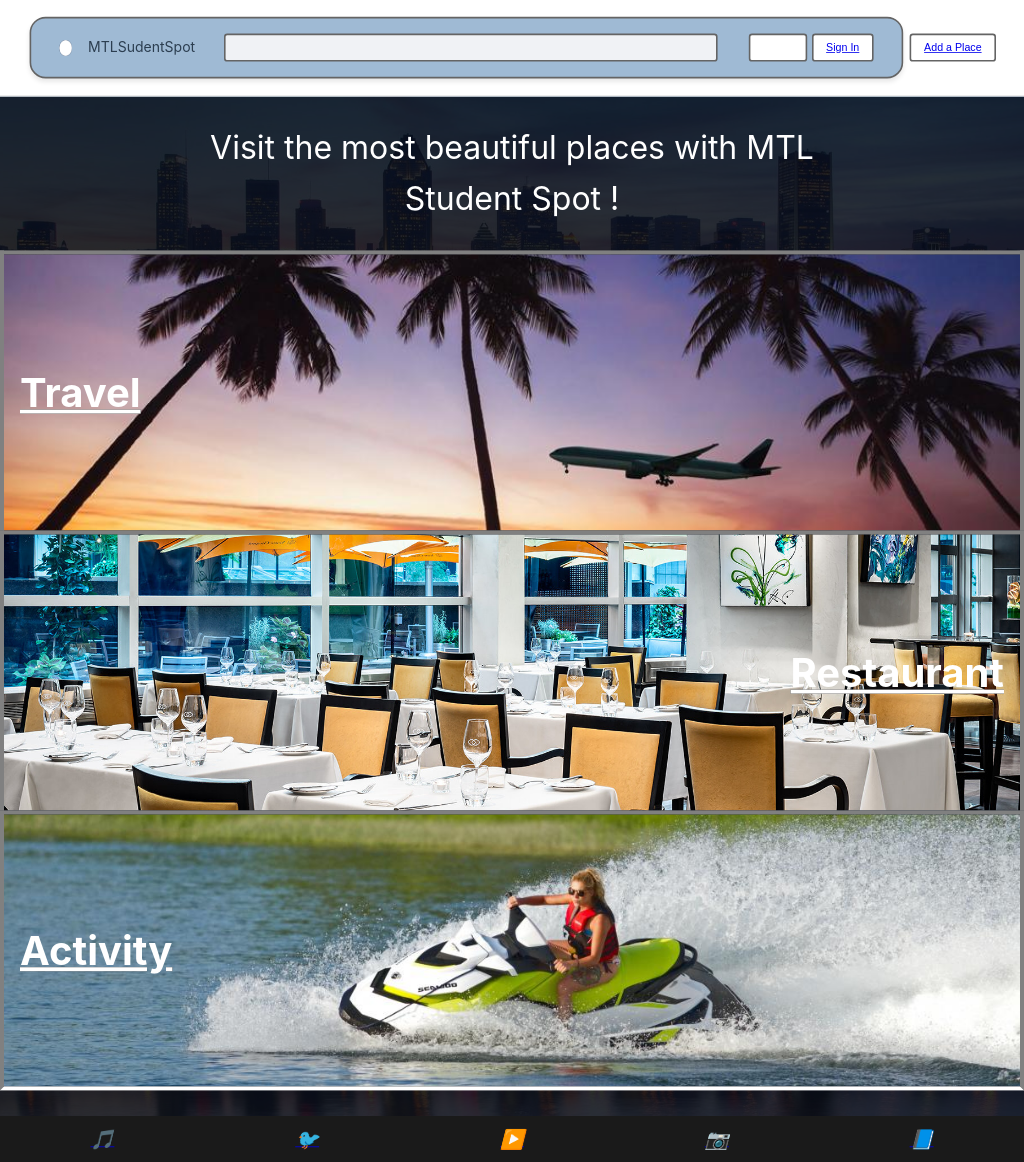
Repository: KevMn6ix/MOD8-2232-GRA-Damois-Leroi--Morant-Munto
Page: / (app in client/)
An editor plug-in stored every save of this project. The page is shown before and after the next save, followed by the edit.
The browser window is 1280 px wide. The pictures show the whole page, at 80% of full size.
The project was rebuilt for these pictures with package versions that can differ from the ones it lists, and the page was loaded fresh each time. Also part of the build but not shown: client/vite.config.js, client/src/components/HelloWorld.vue, client/src/services/Api.js, client/src/services/AuthentificationService.js, client/src/components/Login.vue, client/src/views/LoginPage.vue, client/src/components/PlaceItem.vue, client/src/components/PlaceList.vue.

Above is the page before, as saved 2023-10-18 14:28:18.

### client/index.html
<!DOCTYPE html>
<html lang="en">
  <head>
    <meta charset="UTF-8">
    <link rel="icon" href="/favicon.ico">
    <link href="https://cdnjs.cloudflare.com/ajax/libs/font-awesome/5.15.3/css/all.min.css" rel="stylesheet">

    <meta name="viewport" content="width=device-width, initial-scale=1.0">
    <title>Vite App</title>
  </head>
  <body>
    <div id="app"></div>
    <script type="module" src="/src/main.js"></script>
  </body>
</html>

### client/src/assets/main.css
@import './base.css';
/*
#app {
  max-width: 1280px;
  margin: 0 auto;
  padding: 2rem;

  font-weight: normal;
}

a,
.green {
  text-decoration: none;
  color: hsla(160, 100%, 37%, 1);
  transition: 0.4s;
}

@media (hover: hover) {
  a:hover {
    background-color: hsla(160, 100%, 37%, 0.2);
  }
}

@media (min-width: 1024px) {
  body {
    display: flex;
    place-items: center;
  }

  #app {
    display: grid;
    grid-template-columns: 1fr 1fr;
    padding: 0 2rem;
  }
}
*/
@media (prefers-color-scheme: dark) {
  button {
    color:black;
  }
  input {
    color: white;
    background-color: black;
  }
}

### client/src/App.vue
<script setup>
import { RouterLink, RouterView } from 'vue-router'
import HelloWorld from './components/HelloWorld.vue'
</script>

<template >
  <RouterView />

</template>

<style scoped>
template {
  display: flex;
  flex-direction: column;
}

header {
  line-height: 1.5;
  max-height: 100vh;
}

.logo {
  display: block;
  margin: 0 auto 2rem;
}

nav {
  width: 100%;
  font-size: 12px;
  text-align: center;
  margin-top: 2rem;
}

nav a.router-link-exact-active {
  color: var(--color-text);
}

nav a.router-link-exact-active:hover {
  background-color: transparent;
}

nav a {
  display: inline-block;
  padding: 0 1rem;
  border-left: 1px solid var(--color-border);
}

nav a:first-of-type {
  border: 0;
}

@media (min-width: 1024px) {
  header {
    display: flex;
    place-items: center;
    padding-right: calc(var(--section-gap) / 2);
  }

  .logo {
    margin: 0 2rem 0 0;
  }

  header .wrapper {
    display: flex;
    place-items: flex-start;
    flex-wrap: wrap;
  }

  nav {
    text-align: left;
    margin-left: -1rem;
    font-size: 1rem;

    padding: 1rem 0;
    margin-top: 1rem;
  }
}
</style>

### client/src/router/index.js
import { createRouter, createWebHistory } from 'vue-router'
import HomeView from '../views/HomeView.vue'

const router = createRouter({
  history: createWebHistory(import.meta.env.BASE_URL),
  routes: [
    {
      path: '/',
      name: 'home',
      component: HomeView
    },
    {
      path: '/about',
      name: 'about',
      // route level code-splitting
      // this generates a separate chunk (About.[hash].js) for this route
      // which is lazy-loaded when the route is visited.
      component: () => import('../views/AboutView.vue')
    },
    {
      path: '/login',
      name: 'login',

      component: () => import('../views/LoginPage.vue')
    },
    {
      path: '/register',
      name:'register',

      component: () => import('../views/RegisterPage.vue')
    },
    {
      path: '/places/:types',
      name: 'PlacesList',

      component: () => import('../views/PlaceListView.vue')
    },
    {
      path: '/places/review/:id',
      name : 'review',

      component: () => import('../views/PlaceReview.vue')
    },
    {

      path: '/places/:types/:id',
      name: 'PlacePage',

      component: () => import('../views/PlacesPage.vue')

    },
    {
      path: '/places/add',
      name: 'AddPlace',

      component: () => import('../views/AddPageView.vue')
    }
  ]
})

export default router

### client/src/views/HomeView.vue
<script setup>
import { ref } from 'vue'
import NavBar from '../components/NavBar.vue';
import RowLandingPage from '../components/RowLandingPage.vue';
import PlaceList from '../components/PlaceList.vue';
import { RouterLink} from 'vue-router'
import UsePlaceService from '../../server/services/places-service.js';
const userInput = ref('');
const placeService = UsePlaceService();
console.log(placeService.findPlaces())
const tempListPlace = placeService.findPlace()
console.log(tempListPlace)
</script>

<template>
  <header>
    <NavBar @user-input="(termInputed) => {userInput = termInputed;}"/>
  </header>

  <main id="home-body">
    <div v-if="userInput === ''">
    <h1>
      Visit the most beautiful places with MTL<br>Student Spot !
    </h1>
    <ul id="browse">
      <li id="travel"><RouterLink :to="{name : 'PlacesList', params : {types: 'travel'}}"><RowLandingPage textId="travel" textTitle="Travel"/></RouterLink></li>
      <li id="restaurant"><RouterLink :to="{name : 'PlacesList', params : {types: 'restaurants'}}"><RowLandingPage textId="restaurant" textTitle="Restaurant"/></RouterLink></li>
      <li id="activity"><RouterLink :to="{name : 'PlacesList', params : {types: 'activities'}}"><RowLandingPage textId="activity" textTitle="Activity"/></RouterLink></li>
  </ul>
  </div>
  <div v-else id="research">
    <PlaceList :searchTerms="userInput" :placeArray="placeService.findPlaces()"/>
  </div>
  </main>
  <footer>
    <a href="#" aria-label="SoundCloud">
        <i class="footer-icon">🎵</i>  <!-- Emoji used as placeholder for your icons -->
    </a>
    <a href="#" aria-label="Twitter">
        <i class="footer-icon">🐦</i>  <!-- Emoji used as placeholder for your icons -->
    </a>
    <a href="#" aria-label="YouTube">
        <i class="footer-icon">▶️</i>  <!-- Emoji used as placeholder for your icons -->
    </a>
    <a href="#" aria-label="Instagram">
        <i class="footer-icon">📷</i>  <!-- Emoji used as placeholder for your icons -->
    </a>
    <a href="#" aria-label="Facebook">
        <i class="footer-icon">📘</i>  <!-- Emoji used as placeholder for your icons -->
    </a>
  </footer>

</template>
<style scoped>
body, html {
    font-family: Arial, sans-serif;
    margin: 0;
    padding: 0;
}

:root {
    --color-background-header: #A5BDD9;
    --color-background-default: #A5BDD9;
    --color-background-travel: #a2c4ec;
    --color-background-activity: #9EB3CB;
    --text-color-default: #FFF;
    --border-color-place: #fff;

}

/* Dark Mode Variables */
@media (prefers-color-scheme: dark) {
    :root {
        --color-background-header: #A5BDD9;  /* Adjusted for contrast in dark mode */
        --text-color-default: #FFF;
        --border-color-place: #fff;
        /* The blue shades remain the same as you wanted */
    }
}

/* Header styles */
header {
    display: flex;
    justify-content: space-between;
    align-items: center;
    padding: 1rem 2rem;
    background-color: var(--color-background-header);
    color: var(--text-color-default);
    box-shadow: 0 4px 6px rgba(0, 0, 0, 0.1);
    border-bottom: 2px solid rgba(0, 0, 0, 0.1);
}

header > div:last-child {
    display: flex;
    gap: 1rem;

    a, button {
        padding: 0.5rem 1rem;
        border-radius: 0.25rem;
        transition: background-color 0.3s ease;
        text-decoration: none;
    }

    button {
        background-color: var(--color-background-travel);
        color: #FFF;
        border: none;
        cursor: pointer;
    }

    a {
        color: var(--text-color-default);
    }

    button:hover, a:hover {
        background-color: #7faedc;
    }
}

/* Main content styles */
main {
    background-color: var(--color-background-default);
    text-align: center;
    padding: 2rem 0;
    color: var(--text-color-default);
}

#home-body {

    background-image: url('../assets/montrealbynight.jpg');
    background-size: 1520px;
    background-repeat: repeat;
    background-position: 30%;
    position: relative;
    z-index: 1;
}

#home-body::before {
    content: '';
    display: block;
    position: absolute;
    top: 0;
    right: 0;
    bottom: 0;
    left: 0;
    background-color: rgba(2, 7, 16, 0.84);
    z-index: -1;
}

h1 {
    font-size: 2.5rem;
    margin-bottom: 2rem;
    color: white;
}

ul#browse {
    list-style: none;
    padding: 0;
    display: flex;
    flex-direction: column;
    margin: 0;
}

ul#browse li {
  padding: 0;
  margin: 0px;
  border: 5px solid GREY;
  border-bottom: 0px;
  transition: background-color 0.3s ease;
  height: 350px;
  background-size: cover;
  display: flex;
  justify-content: center;
  align-items: center;
  font-weight: bold;

}

ul#browse li#activity{

    border-bottom: 5px solid white;

}

ul#browse li > * {
    color: black;
    font-weight: bold;
    width: 100%;
    text-align: center;
}

#travel > *{
    text-align: left;
}

#restaurant > *{
    text-align: right;
}


#restaurant, #travel, #activity {
    background-size: cover;
    position: relative;
}

#restaurant::before, #travel::before, #activity::before {

    content: "";
    position: absolute;
    top: 0;
    right: 0;
    bottom: 0;
    left: 0;
    background-color: inherit;
    opacity: 0.40;
    pointer-events: none;
}


#restaurant {
    background-image: url('../assets/restaurant.jpg');
    background-color: var(--color-background-default);
    background-position: center;
    justify-content: flex-end;
}

#travel {
    background-image: url('../assets/travel.jpg');
    background-color: var(--color-background-travel);
    background-position: center;
    justify-content: flex-start;
}

#activity {
    background-image: url('../assets/jetski.jpg');
    background-color: var(--color-background-activity);
    background-position: center;
    justify-content: flex-start;

}

/* Add hover effects */
ul#browse li:hover {
    background-color: rgba(0, 0, 0, 0.1);
}

/* Footer styles */
footer {
  z-index: 1000;
    display: flex;
    justify-content: space-around;
    align-items: center;
    bottom: 0;

    left: 0;
    width: 100%;
    background-color: #1a1a1a;
    padding: 10px 0;
}

.footer-icon {
    font-size: 24px;
    color: white;
    transition: 0.3s;
}

footer a:hover .footer-icon {
    color: #A5BDD9;
}

/* Media Queries for screen size */
@media screen and (max-width: 768px) {  /* For tablets */
    header {
        flex-direction: column;
    }

    ul#browse {
        gap: 0.5rem;
    }

    footer {
        flex-wrap: wrap;
    }
}

@media screen and (max-width: 480px) {  /* For mobile phones */
    header > div {
        flex-direction: column;
        gap: 0.5rem;
    }

    h1 {
        font-size: 2rem;
    }

    ul#browse li {
        padding: 0.5rem 0;
    }

    footer {
        flex-direction: column;
    }
}
</style>

### client/src/components/NavBar.vue
<script setup>
import { ref } from 'vue'
import LoginPage from '../views/LoginPage.vue'
import TheSubHeader from './TheSubHeader.vue';
const emit = defineEmits(['user-input'])
const UserInput = ref('')
function sendUserInput() {
    console.log(UserInput.value)
    emit('user-input', UserInput.value)
}
</script>
/** This component is hte bar at the top of the screen */
<template>
    <nav id="head-bar">
        <img src="../assets/logoMTL.png">
        <h3>
            MTLSudentSpot
        </h3>
        <input type="text" v-model="UserInput" @input="sendUserInput">
        <div>
        <router-link to='/login'>
        <button>
            Log In
        </button>
        </router-link>
        <button>
            <router-link to="/register">Sign In</router-link>
        </button>
    </div>
    </nav>
    <div id="sub-header">
    <TheSubHeader/></div>
</template>
<style>

:root{

    --color-navbar: #9fbad4;
    --text-navbar-color-default: #000;
    --color-input: #f0f2f5;
    --button-border: #646464;
    --color-button: #fff;
    --button-hover: #7faedc;
}

@media (prefers-color-scheme: dark){

    :root{

        --text-navbar-color-default: #FFF;
        --color-navbar: #211f1f;
        --color-input: #312e2e;
        --button-border: #646464;
        --color-button: #312e2e;
        --button-hover: #646464;

    }

}

nav {
    display: flex;
    justify-content: space-between;
    align-items: center;
    background-color: var(--color-navbar);
    padding: 1rem 2rem;
    box-shadow: 0 4px 6px rgba(0, 0, 0, 0.1);
    border-bottom: 2px solid rgba(0, 0, 0, 0.1);
    border-radius: 20px;
    border: 2px solid var(--button-border);
    margin: 5px;
}

button {
    background-color: var(--color-button);
    color: #FFF;
    border: none;
    padding: 0.5rem 1rem;
    border-radius: 0.25rem;
    cursor: pointer;
    transition: background-color 0.3s ease;
    margin: 3px;
    border: 2px solid var(--button-border);
}

button:hover {
    background-color: var(--button-hover);
}

button:visited {
    color: white; /* Set the text color to yellow when the button is active (clicked) */
}

img {
    height: 20px;
    width: 16px;
}

input {
    flex-grow: 3;
    padding: 0.5rem;
    border: none;
    border-radius: 0.25rem;
    background-color: var(--color-input);
    color: var(--text-navbar-color-default);
    border: 2px solid var(--button-border);
    margin: 0 1rem;
}

#sub-header {
    text-align: center;
}
</style>

### client/src/components/RowLandingPage.vue
<script setup>
/** this prop purpose to to display one of the solid color row on the landing page*/
import { RouterLink } from 'vue-router';

const rowProps = defineProps({
    textId: String,
    textTitle: String
})
</script>
<template>
    <RouterLink :to="/places/ + rowProps.textId">
    <h2 :id="'sub-' + rowProps.textId">

        {{ rowProps.textTitle }}
    </h2>
    </RouterLink>
</template>
<style scoped>
* {
    color: white;
    @media (prefers-color-scheme: dark) {
        color: white;

    }
}
#sub-travel {
    text-align: start;
    margin-left: 20px;
}
#sub-restaurant {
    text-align: end;
    margin-right: 20px;
}
#sub-activity {
    text-align: start;
    margin-left: 20px;
}

#sub-travel, #sub-restaurant, #sub-activity{

    color: white;
    font-weight: bold;
    font-size: 50px;

}
</style>

### client/server/services/places-service.js
let id = 0;
const placeList = [
  {Id: ++id, Type: "restaurant", Title: "Brutopia", Address: "888 rjij", Rating: 4, HygieneRating: 5, AmbianceRating: 3, PriceRating: 5, Picture: "https://css-tricks.com/wp-content/uploads/2018/10/align-items.svg"},
  {Id: ++id, Type: "activity",Title: "cheval blanc", Address: "56656 fd", Rating: 3, HygieneRating: 3, AmbianceRating: 4, PriceRating: 2},
  {Id: ++id, Type: "travel",Title: "nyx", Address: "86 sfd", Rating: 3, HygieneRating: 4, AmbianceRating: 4, PriceRating: 2},
  {Id: ++id, Type: "restaurant",Title: "bnyx", Address: "86 sfd", Rating: 3, HygieneRating: 4, AmbianceRating: 4, PriceRating: 2, Picture:"https://cdn4.buysellads.net/uu/1/134955/1685040267-designdotdev5.jpg"}
]

let idRating = 0
const PlaceRating = [
    {Id: ++idRating, IdPlace: 2, HygieneRating: 3, AmbianceRating: 4, PriceRating: 2, CommentRate:"Nice place."},
    {Id: ++idRating, IdPlace: 1, HygieneRating: 5, AmbianceRating: 3, PriceRating: 5, CommentRate:"I like to go there."},
    {Id: ++idRating, IdPlace: 4, HygieneRating: 4, AmbianceRating: 4, PriceRating: 2, CommentRate:"They cook my favorite food."},
    {Id: ++idRating, IdPlace: 3, HygieneRating: 4, AmbianceRating: 4, PriceRating: 2, CommentRate:"I went there while visiting."}
]


function findPlaces() {
    return placeList
}

function findPlace(id) {
    for (let place of placeList) {
        if (place.Id == id) {
            return place
        }

    }
    return null
}

function sumAmbiance(listOfRatings) {
    let res = 0;
    for (let rating of listOfRatings) {
        res += rating.AmbianceRating;
    }
    console.log(res)
    return res;
}

function sumHygiene(listOfRatings) {
    let res = 0;
    for (let rating of listOfRatings) {
        res += rating.HygieneRating;
    }

    return res;
}
function sumPrice(listOfRatings) {
    let res = 0;
    for (let rating of listOfRatings) {
        res += rating.PriceRating;
    }
    console.log(res)
    return res;
}

function findRatingsAbout(id) {
    /*console.log(PlaceRating)*/
    return PlaceRating.filter((rating) => {  return rating.IdPlace == id});
}

function actualiseRating(id) {
    const place = findPlace(id);
    console.log(findRatingsAbout(id))
    place.AmbianceRating = Math.round(sumAmbiance(findRatingsAbout(id))/(findRatingsAbout(id).length))
    place.PriceRating = Math.round(sumPrice(findRatingsAbout(id))/(findRatingsAbout(id).length))
    place.AmbianceRating = Math.round(sumHygiene(findRatingsAbout(id))/(findRatingsAbout(id).length))
    place.Rating = Math.round((place.AmbianceRating + place.HygieneRating + place.PriceRating)/3);
}

function addRating(idPlace, hygieneRating, ambianceRating, priceRating, commentRate) {
    /*
    console.log("^^^^^^^^^^^^^^^^^^^^^^^^")
    console.log(idPlace)
    console.log("^^^^^^^^^^^^^^^^^^^^^^^^^^^^")
    */
   const newRating = {}
   newRating["Id"] = idRating++
   newRating["IdPlace"] = placeList[idPlace - 1].Id
   newRating["HygieneRating"] = hygieneRating
   newRating["AmbianceRating"] = ambianceRating
   newRating["PriceRating"] = priceRating
   newRating["CommentRate"] = commentRate
    PlaceRating.push(newRating)
    /*
    console.log("#################")
    console.log(PlaceRating[idRating - 1].IdPlace)
    console.log("##############################")
    */
    actualiseRating(idPlace)
}


function findRatings() {
    return PlaceRating
}

function findRating(id) {
    for (let rating of PlaceRating) {
        if (rating.Id == id) {
            return rating
        }

    }
    return null
}





function addPlace(title, address, type, picture) {
    const newPlace = {}
    newPlace["Id"] =id++
    newPlace["Type"] =type
    newPlace["Title"] =title
    newPlace["Address"] =address
    newPlace["Rating"] =0
    newPlace["HygieneRating"] =0
    newPlace["AmbianceRating"] =0
    newPlace["PriceRating"] =0
    newPlace["Picture"] =picture
    placeList.push(newPlace)
}


export default function UsePlaceService () {
    return {
    findPlaces,
    findPlace,
    addPlace,
    findRatings,
    findRating,
    addRating,
    findRatingsAbout
}}

### client/src/components/BarOutsideHome.vue
<script setup>
import { ref } from 'vue'
import LoginPage from '../views/LoginPage.vue'
import { RouterLink } from 'vue-router';
import TheSubHeader from './TheSubHeader.vue';
const emit = defineEmits(['user-input'])
const UserInput = ref('')
function sendUserInput() {
    console.log(UserInput.value)
    emit('user-input', UserInput.value)
}
</script>
/** This component is the bar at the top of the screen */
<template>
    <nav id="head-bar">
        <img src="../assets/logoMTL.png">
        <h3>
            MTLSudentSpot
        </h3>
        <RouterLink to="/">
            Home
        </RouterLink>
        <div>
        <button>
            <router-link to='/login'>Log In</router-link>
        </button>
        <button>
            <router-link to="/register">Sign In</router-link>
        </button>
    </div>
</nav>
<div id="sub-header">
<TheSubHeader/></div>
</template>
<style>
nav {
    display: flex;
    flex-wrap: wrap;
    justify-content: space-around;
    align-items: center;
    padding: 0;
    margin: 0;
    align-items: center;
    flex-grow: 3;
    min-width: 178px;
    gap: 20px;
}
img {
    margin-left: 3px;
    height: 20px;
    width: 16px;
}
input {
    flex-grow: 3;
}
#sub-header {
    text-align: center;
}
</style>

### client/src/components/TheSubHeader.vue
<script setup>
import { RouterLink } from 'vue-router';
</script>
<template>
    <button>
      <RouterLink to="/places/add"> Add a Place</RouterLink>
    </button>
</template>
<style scoped>
:root {
  --light-color-background-restaurant: #A5BDD9;
    --light-color-background-travel: #a2c4ec;
    --light-color-background-activity: #9EB3CB;
    --dark-color-background-restaurant: #a2c4ec9d;
    --dark-color-background-travel: #a5bdd971;
    --dark-color-background-activity: #9eb3cb0e;
    --color-background-restaurant: var(--light-color-background-restaurant);
    --color-background-travel: var(--light-color-background-travel);
    --color-background-activity: var(--light-color-background-activity);
    @media (prefers-color-scheme: dark) {
      --color-background-restaurant: var(--dark-color-background-restaurant);
        --color-background-travel: var(--dark-color-background-travel);
        --color-background-activity: var(--dark-color-background-activity);
    }
}
p {
    min-width: 333px;
    text-align: center;
    size: 50%;
    padding: 0;
    margin: 0;
}
</style>

Loaded but not shown: client/src/main.js (common file); client/src/assets/base.css (common file)

After the next save:
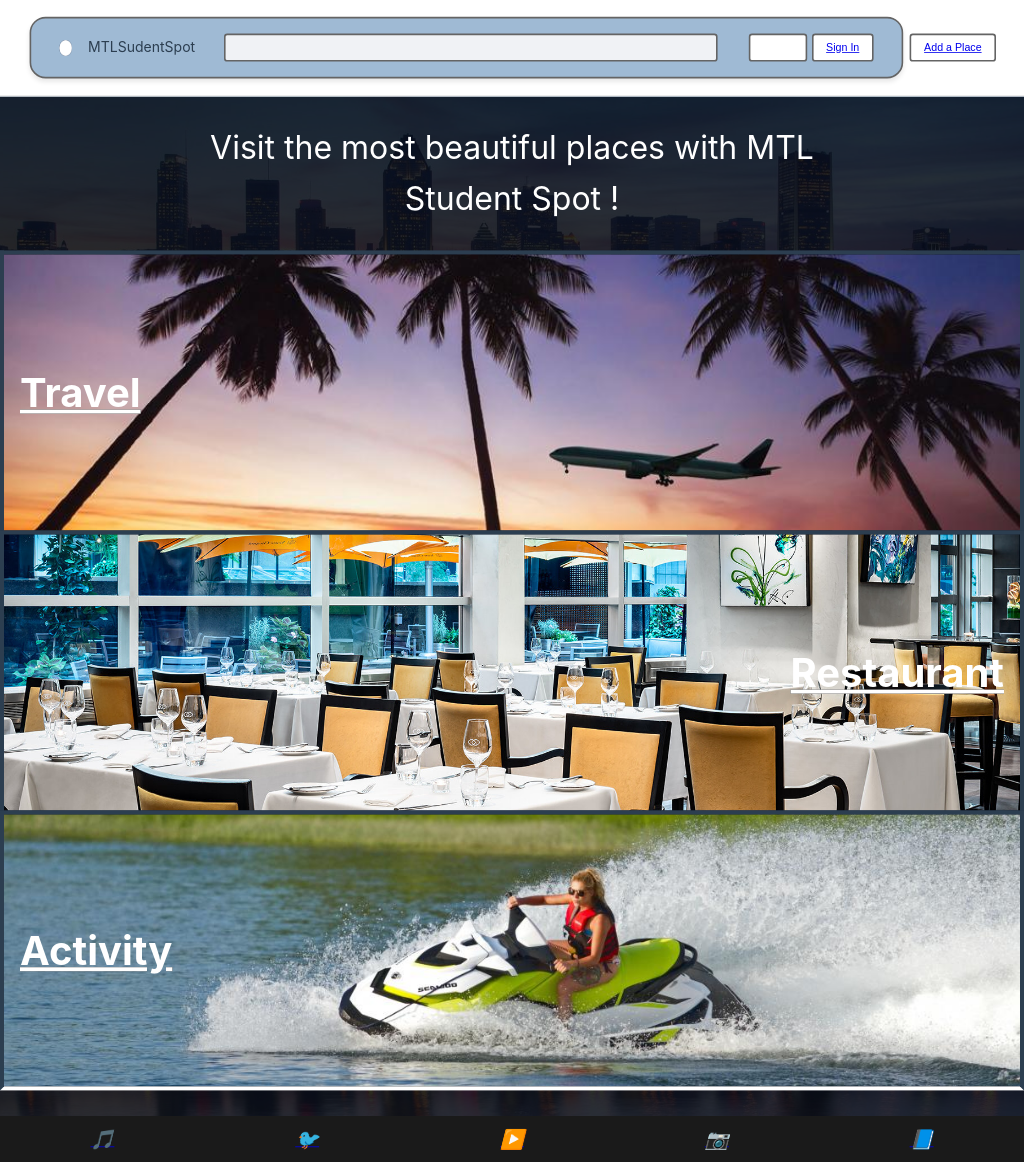
Saved 77 s later.
--- a/client/src/views/HomeView.vue
+++ b/client/src/views/HomeView.vue
@@ -64,7 +64,7 @@ body, html {
     --color-background-travel: #a2c4ec;
     --color-background-activity: #9EB3CB;
     --text-color-default: #FFF;
-    --border-color-place: #fff;
+    --border-color-place: #FFF;
 
 }
 
@@ -73,7 +73,7 @@ body, html {
     :root {
         --color-background-header: #A5BDD9;  /* Adjusted for contrast in dark mode */
         --text-color-default: #FFF;
-        --border-color-place: #fff;
+        --border-color-place: #353333;
         /* The blue shades remain the same as you wanted */
     }
 }
@@ -164,7 +164,8 @@ ul#browse {
 ul#browse li {
   padding: 0;
   margin: 0px;
-  border: 5px solid GREY;
+  border: 5px solid;
+  border-color: var(--border-color-place);
   border-bottom: 0px;
   transition: background-color 0.3s ease;
   height: 350px;
